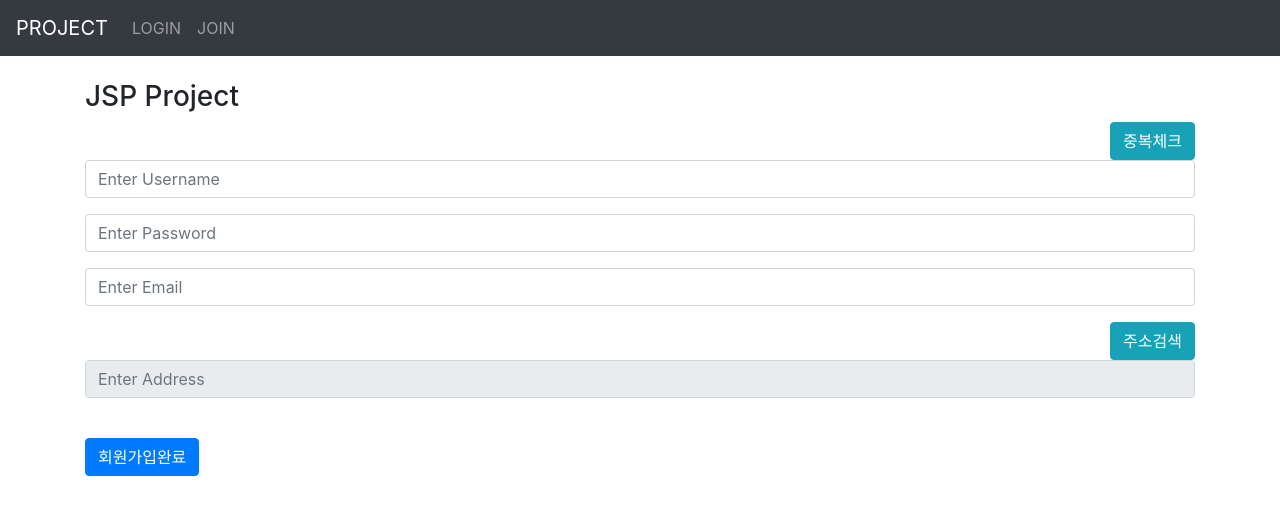
Repository: KuTaeMo/JSP-Project
Page: http://localhost/project/user/join.jsp
The author's editor kept a copy of each file at every save. The page is drawn from the files as they stood at one save, then again after the next save.
The browser window is 1280 px wide. The pictures show the whole page.
The page is served by Tomcat 9. Other server files are loaded and not shown.

Above is the page before, as saved 2021-01-12 02:15:18.

### project/WebContent/user/join.jsp
<%@ page language="java" contentType="text/html; charset=UTF-8"
	pageEncoding="UTF-8"%>

<%@ include file="../layout/header.jsp"%>

<div class="container">
	<form action="/blog/user?cmd=join" method="post"
		onsubmit="return valid()" >
		<div class="d-flex justify-content-end">
			<button type="button" class="btn btn-info" onClick="usernameCheck()">중복체크</button>
		</div>
		<div class="form-group">
			<input type="text" name="username" id="username" class="form-control"
				placeholder="Enter Username" required />
		</div>

		<div class="form-group">
			<input type="password" name="password" class="form-control"
				placeholder="Enter Password" required />
		</div>

		<div class="form-group">
			<input type="email" name="email" class="form-control"
				placeholder="Enter Email" required />
		</div>

		<div class="d-flex justify-content-end">
			<button type="button" class="btn btn-info" onClick="goPopup();">주소검색</button>
		</div>
		<div class="form-group">
			<input type="text" name="address" id="address" class="form-control"
				placeholder="Enter Address" required readonly />
		</div>
		<br />
		<button type="submit" class="btn btn-primary">회원가입완료</button>
	</form>
</div>
<script>
	var isChecking = false; //중복체크 변수

	function valid() {
		if (isChecking == false) {
			alert("아이디 중복체크를 해주세요");
		}
		return isChecking;
	}
	function usernameCheck() {
		// DB에서 확인해서 정상이면 isChecking = true
		var username = $("#username").val();
		$.ajax({
			type : "POST",
			url : "/blog/user?cmd=usernameCheck",
			data : username,
			contentType : "text/plain; charset=utf-8",
			dataType : "text" // 응답 받을 데이터의 타입을 적으면 자바스크립트 오브젝트로 파싱해줌.
		}).done(function(data) {
			if (data === 'ok') { // 유저네임 있다는 것
				isChecking = false; //false로 바꿔줘야 중복아닌 것 체크하고 나서 다시 체크할 때
									//검사가능
				alert('유저네임이 중복되었습니다.')
			} else {
				isChecking = true;
				$("#username").attr("readonly", "readonly");
				alert("해당 유저네임을 사용할 수 있습니다.")
			}
		});
	}
	function goPopup() {
		// 주소검색을 수행할 팝업 페이지를 호출합니다.
		// 호출된 페이지(jusopopup.jsp)에서 실제 주소검색URL(https://www.juso.go.kr/addrlink/addrLinkUrl.do)를 호출하게 됩니다.
		var pop = window.open("/blog/user/jusoPopup.jsp", "pop",
				"width=570,height=420, scrollbars=yes, resizable=yes");
	}
	function jusoCallBack(roadFullAddr) {
		var addressEl = document.querySelector("#address");
		addressEl.value = roadFullAddr;
	}
</script>
</body>
</html>

### project/WebContent/layout/header.jsp
<!DOCTYPE html>
<html lang="en">
<head>
  <title>JSP Project</title>
  <meta charset="utf-8">
  <meta name="viewport" content="width=device-width, initial-scale=1">
  <link rel="stylesheet" href="https://maxcdn.bootstrapcdn.com/bootstrap/4.5.2/css/bootstrap.min.css">
  <script src="https://ajax.googleapis.com/ajax/libs/jquery/3.5.1/jquery.min.js"></script>
  <script src="https://cdnjs.cloudflare.com/ajax/libs/popper.js/1.16.0/umd/popper.min.js"></script>
  <script src="https://maxcdn.bootstrapcdn.com/bootstrap/4.5.2/js/bootstrap.min.js"></script>
</head>
<body>

<nav class="navbar navbar-expand-md bg-dark navbar-dark">
  <a class="navbar-brand" href="<%=request.getContextPath()%>/index.jsp">PROJECT</a>
  <button class="navbar-toggler" type="button" data-toggle="collapse" data-target="#collapsibleNavbar">
    <span class="navbar-toggler-icon"></span>
  </button>
  <div class="collapse navbar-collapse" id="collapsibleNavbar">
    <ul class="navbar-nav">
      <li class="nav-item">
        <a class="nav-link" href="<%=request.getContextPath()%>/user?cmd=loginForm">LOGIN</a>
      </li>
      <li class="nav-item">
        <a class="nav-link" href="<%=request.getContextPath()%>/user?cmd=joinForm">JOIN</a>
      </li>
    </ul>
  </div>
</nav>
<br>

<div class="container">
  <h3>JSP Project</h3>

</div>

</body>
</html>

After the next save:
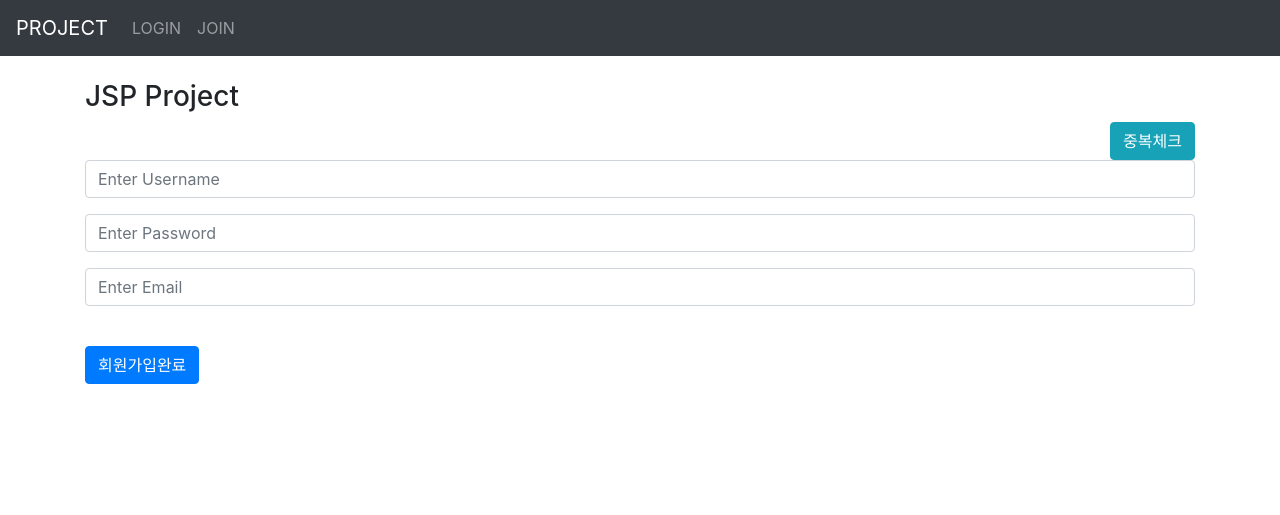
Saved 17 s later.
--- a/project/WebContent/user/join.jsp
+++ b/project/WebContent/user/join.jsp
@@ -22,14 +22,6 @@
 		<div class="form-group">
 			<input type="email" name="email" class="form-control"
 				placeholder="Enter Email" required />
-		</div>
-
-		<div class="d-flex justify-content-end">
-			<button type="button" class="btn btn-info" onClick="goPopup();">주소검색</button>
-		</div>
-		<div class="form-group">
-			<input type="text" name="address" id="address" class="form-control"
-				placeholder="Enter Address" required readonly />
 		</div>
 		<br />
 		<button type="submit" class="btn btn-primary">회원가입완료</button>
@@ -65,16 +57,6 @@
 			}
 		});
 	}
-	function goPopup() {
-		// 주소검색을 수행할 팝업 페이지를 호출합니다.
-		// 호출된 페이지(jusopopup.jsp)에서 실제 주소검색URL(https://www.juso.go.kr/addrlink/addrLinkUrl.do)를 호출하게 됩니다.
-		var pop = window.open("/blog/user/jusoPopup.jsp", "pop",
-				"width=570,height=420, scrollbars=yes, resizable=yes");
-	}
-	function jusoCallBack(roadFullAddr) {
-		var addressEl = document.querySelector("#address");
-		addressEl.value = roadFullAddr;
-	}
 </script>
 </body>
 </html>
